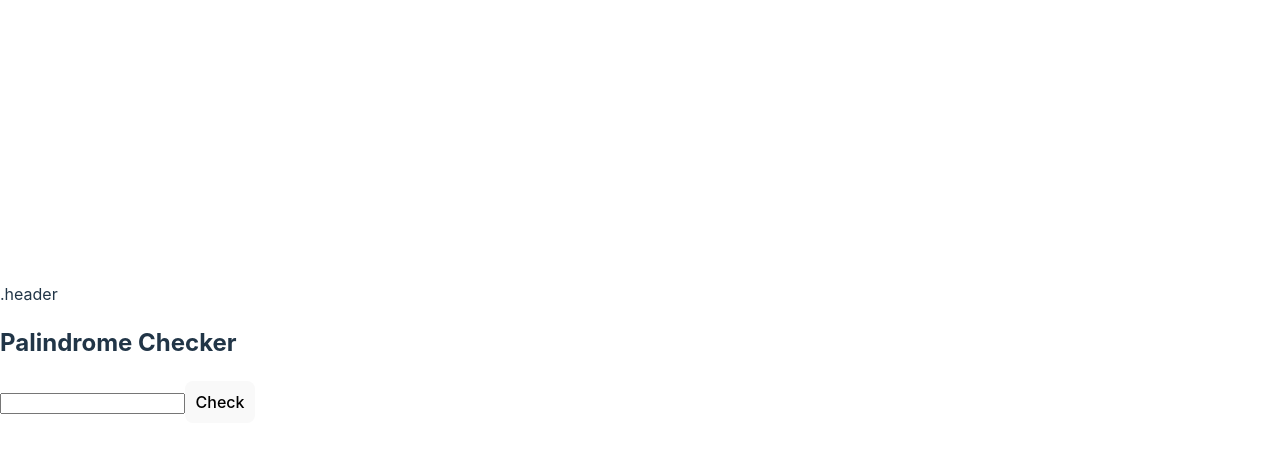
Repository: devblackie/palindrome
Page: /
These files come from the project's save history. The page is drawn as it stood at one moment and after the next save; the edit follows.
The browser window is 1280 px wide. The pictures show the whole page.
The project was rebuilt for these pictures with package versions that can differ from the ones it lists, and the page was loaded fresh each time. Also part of the build but not shown: vite.config.js.

Above is the page before, as saved 2023-08-22 16:21:54.

After the next save:
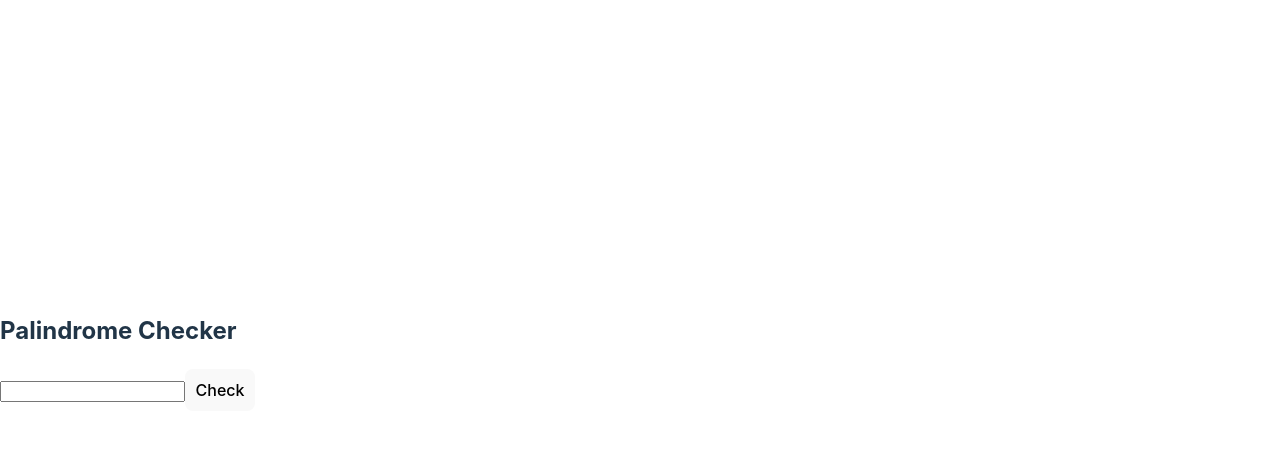
Saved 4 s later.
--- a/src/App.jsx
+++ b/src/App.jsx
@@ -24,7 +24,7 @@ function App() {
 
   return (
     <div>
-      .header
+      <div className="header"></div>
       <h2>Palindrome Checker</h2>
       <form onSubmit={handleSubmit}>
         <input type="text" value={inputText} onChange={handleInputChange} />
